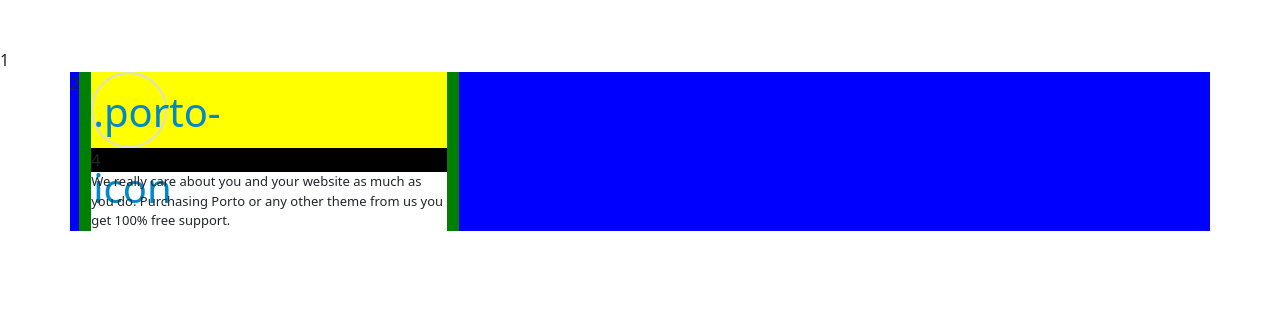
Repository: NguyenDo13/BE2-NhomH
Page: module-9/index/index.html
An editor plug-in stored every save of this project. The page is shown before and after a run of saves, followed by the edit.
The browser window is 1280 px wide. The pictures show the whole page.

Above is the page before, as saved 2022-05-15 11:18:02.

After the next 2 saves:
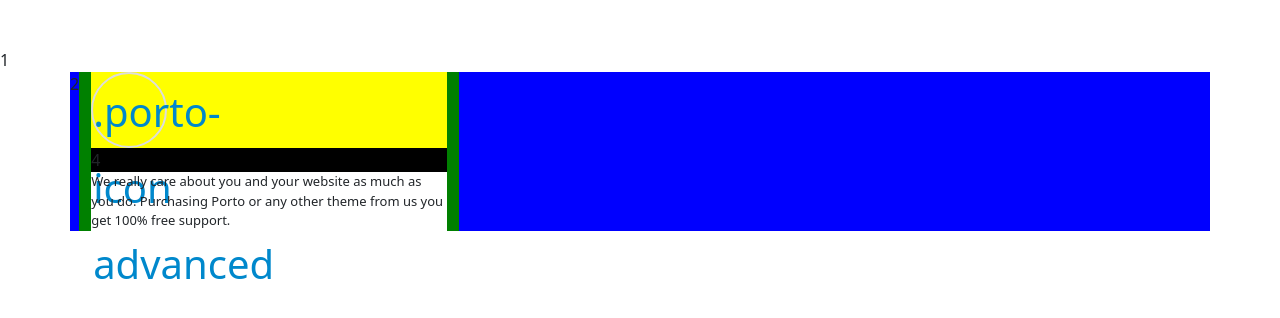
The 2 saves are shown as one change because they came seconds apart.
The last was saved 6 s later.
--- a/module-9/index/index.html
+++ b/module-9/index/index.html
@@ -21,7 +21,7 @@
                     <div class="portoContainer">
                         <div class="portoTop">
                             <div class="portoTopicon" style="text-align: center;">
-                                .porto-icon
+                                .porto-icon advanced
                                 <i class="Simple-Line-Icons-action-undo"> </i>
                             </div>
                         </div>
